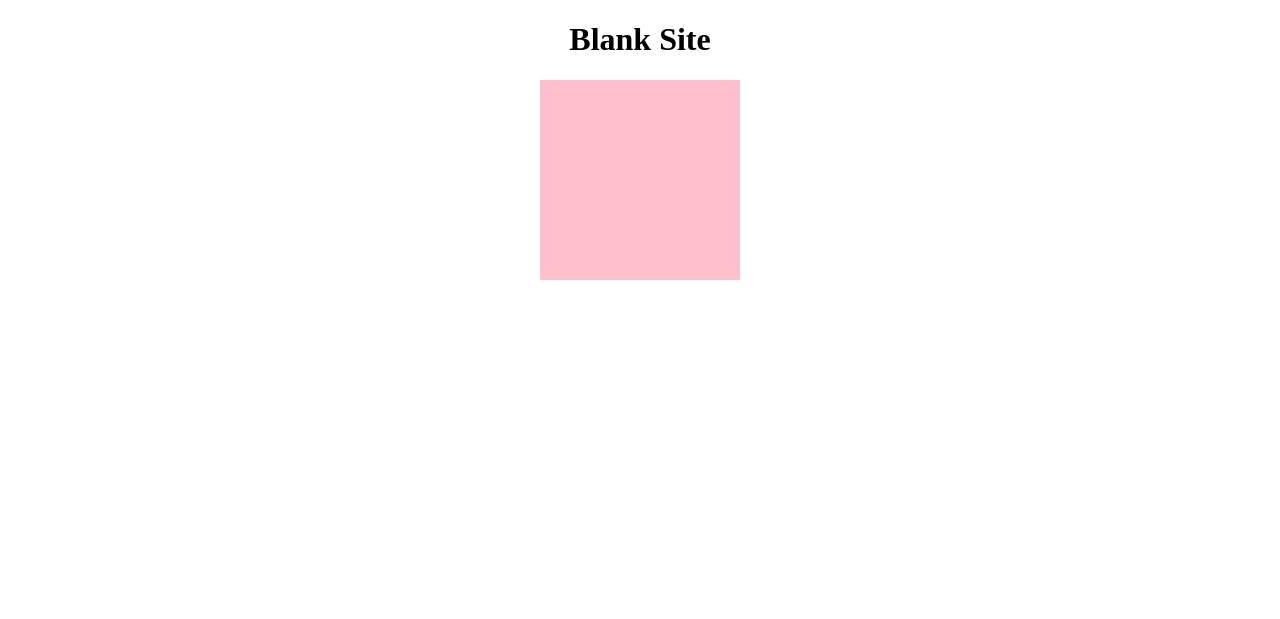
Repository: yhung004/Blank_Project
Page: index.html
An editor plug-in stored every save of this project. The page is shown before and after the next save, followed by the edit.
The browser window is 1280 px wide. The pictures show the whole page.

Above is the page before, as saved 2024-04-04 02:25:53.

After the next save:
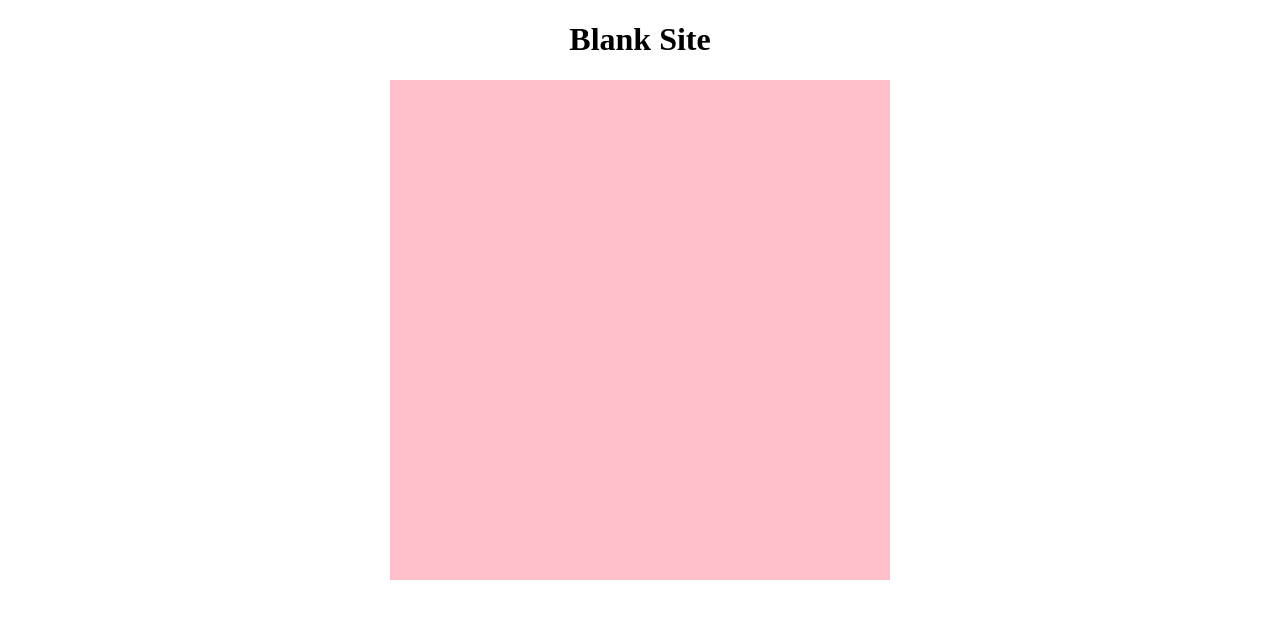
Saved 2 min 53 s later.
--- a/index.css
+++ b/index.css
@@ -3,7 +3,8 @@
 }
 .main {
     background-color: pink;
-    width: 200px;
-    height: 200px;
+    width: 500px;
+    height: 500px;
     margin:auto;
+
 }
